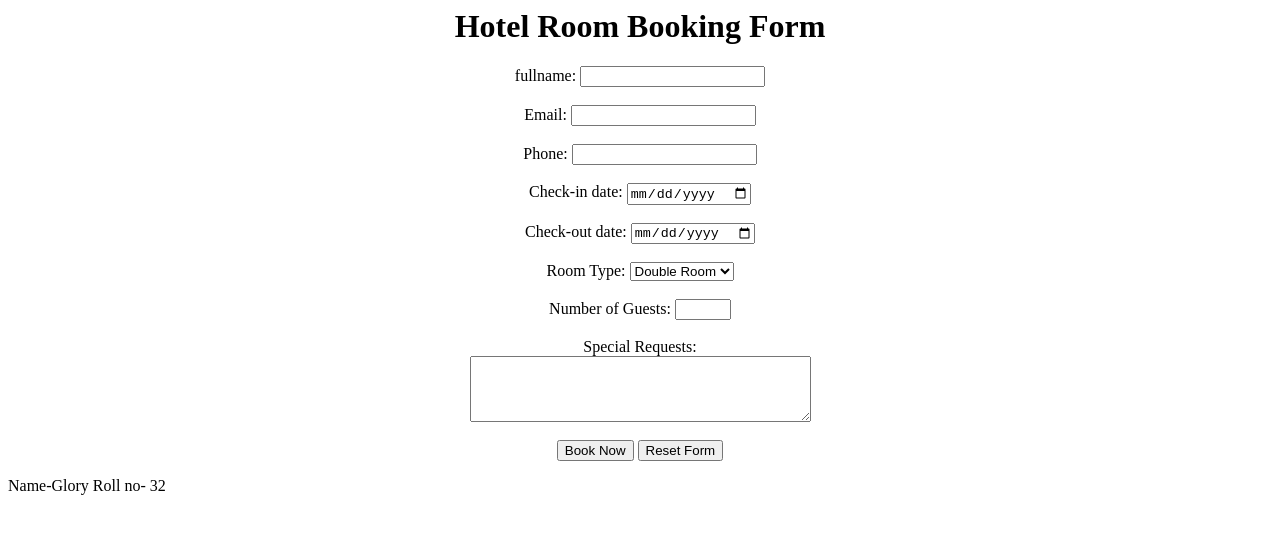
Repository: Glory998/ELCE1-32
Page: experiment4.html
These files come from the project's save history. The page is drawn as it stood at one moment and after the next save; the edit follows.
The browser window is 1280 px wide. The pictures show the whole page.

Above is the page before, as saved 2025-10-27 11:00:52.

### experiment4.html
<body>
    <h1 align="center">Hotel Room Booking Form</h1>
    <form action="#" method="post" align="center">
        <!--Name-->
        <label for="fullname">fullname:</label>
        <input type="text" id="fullname" name="fullname" required>
        <br><br>
        <!--Email-->
        <label for="email">Email:</label>
        <input type="email" name="email" required>
        <br><br>
        <!--body-->
        <label for="phone">Phone:</label>
        <input type="tel" id="phone" required>
        <br><br>
        <!--Check-in & Check-out-->
        <label for="checkin">Check-in date:</label>
        <input type="date" id="checkin"name="checkout">
        <br><br>
        <label for="check out">Check-out date:</label>
        <input type="date" id="checkout"name="checkout">
        <br></br>
        <!--Room Type-->
        <label for="room">Room Type:</label>
        <select id="room" name="room>"
            <option value="single">Single Room</option>
            <option value= "double">Double Room</option>
            <option value="deluxe">Deluxe Room</option>
            <option value="suite">Suite</option>
        </select>
        <br><br>
        <!--Number of Guests-->
        <label for="guests">Number of Guests:</label>
        <input type="number" id="guests" name="guests" min="1" max="10">
        <br><br>
        <!--Special Requests-->
        <label for="requests">Special Requests:</label><br>
        <textarea id="requests" name="requests" rows="4" cols="40"></textarea>
        <br><br>
        <!--Buttons-->
        <input type="submit" value="Book Now">
        <input type="reset" value="Reset Form">
        </form>

</body>


Name-Glory
Roll no- 32

After the next save:
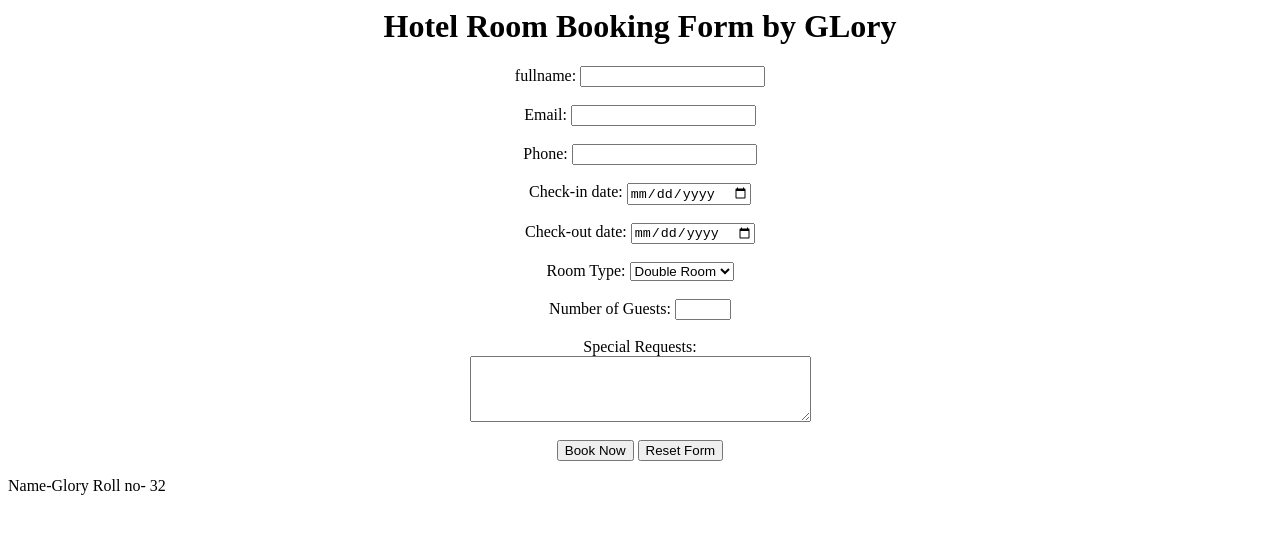
Saved 11 s later.
--- a/experiment4.html
+++ b/experiment4.html
@@ -1,5 +1,5 @@
 <body>
-    <h1 align="center">Hotel Room Booking Form</h1>
+    <h1 align="center">Hotel Room Booking Form by GLory</h1>
     <form action="#" method="post" align="center">
         <!--Name-->
         <label for="fullname">fullname:</label>
